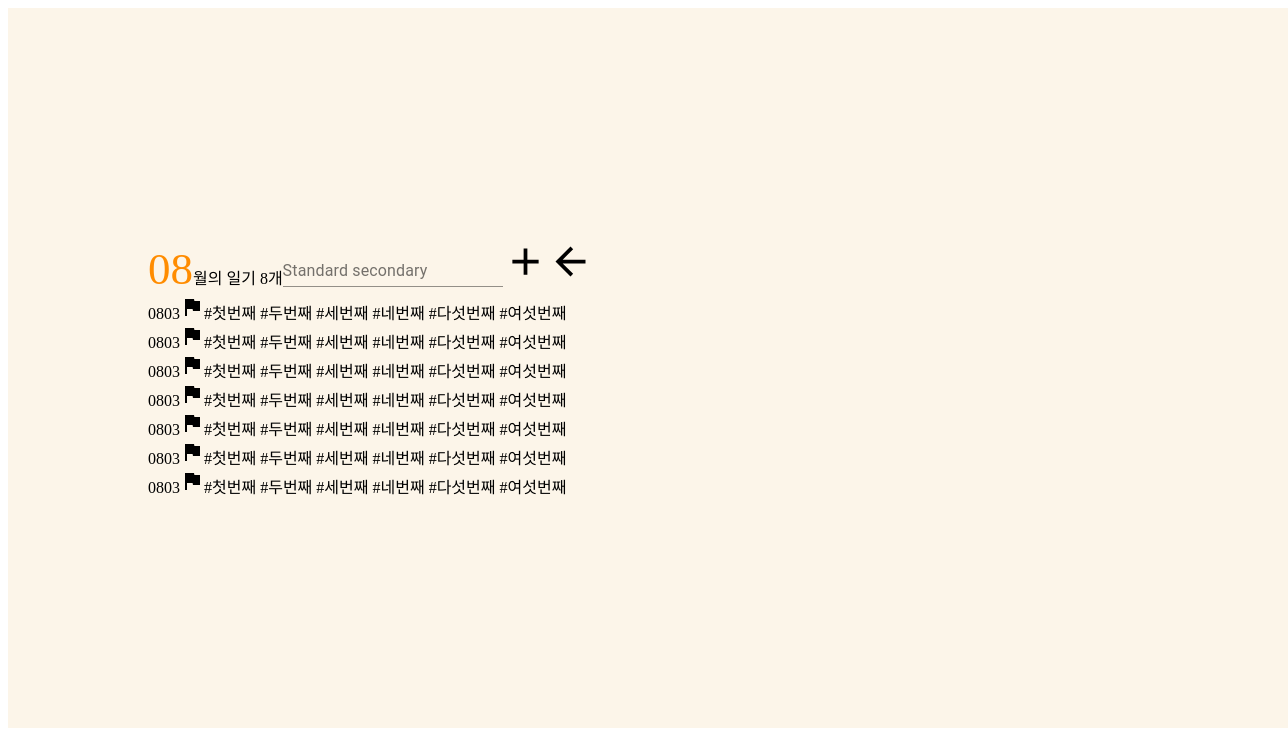
Repository: IMHANA/diary
Page: /list
These files come from the project's save history. The page is drawn as it stood at one moment and after the next save; the edit follows.
The browser window is 1280 px wide. The page is 1288 px wide, then 1280 px, so the pictures cover 1288 px, including what lies to the right of the window. The pictures show the whole page.
The project was rebuilt for these pictures with package versions that can differ from the ones it lists, and the page was loaded fresh each time. Also part of the build but not shown: src/App.css, src/pages/Main/main.js, src/pages/Month/month.js.

Above is the page before, as saved 2021-08-05 16:39:09.

After the next save:
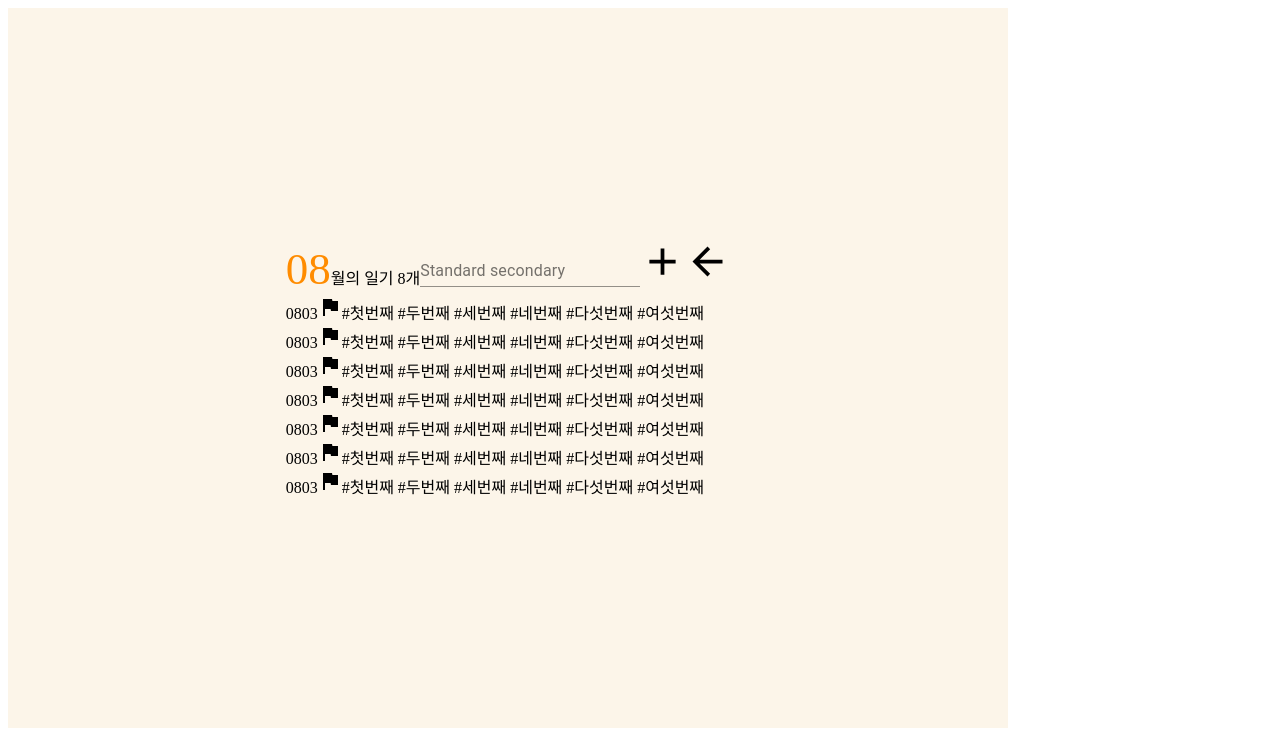
Saved 27 s later.
--- a/src/pages/DayList/dayList.css
+++ b/src/pages/DayList/dayList.css
@@ -3,8 +3,9 @@
     flex-direction: column;
     justify-content: center;
     align-items: center;
-    width: 100vw;
+    width: 1000px;
     height: 100vh;
+
 }
 
 #month {
@@ -12,7 +13,7 @@
     font-size: 45px;
 }
 
-#sub_box {
+/* #sub_box {
     width: 1000px;
     height: auto;
-}
+} */
